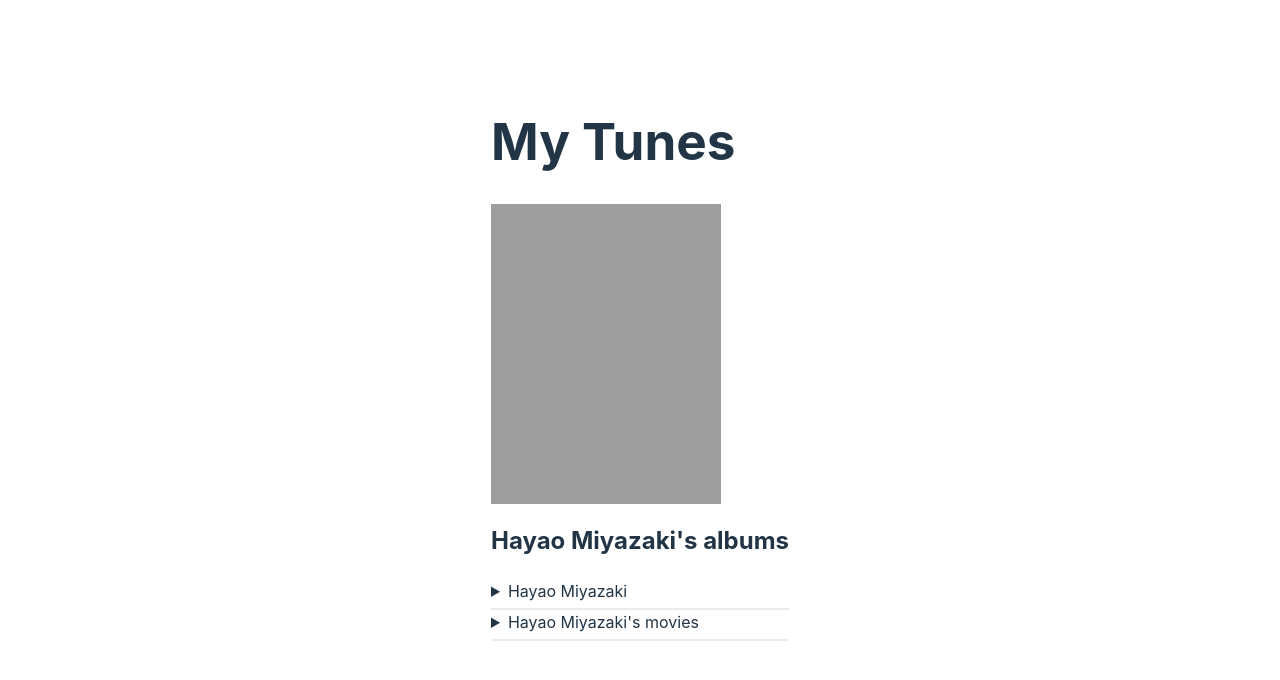
Repository: SamanthaYan298/my_app
Page: /
The author's editor kept a copy of each file at every save. The page is drawn from the files as they stood at one save, then again after the next save.
The browser window is 1280 px wide. The pictures show the whole page.
Pictures or frames that could not be fetched are drawn as grey boxes. The project was rebuilt for these pictures with package versions that can differ from the ones it lists, and the page was loaded fresh each time. Also part of the build but not shown: vite.config.js.

Above is the page before, as saved 2024-09-13 13:19:34.

After the next save:
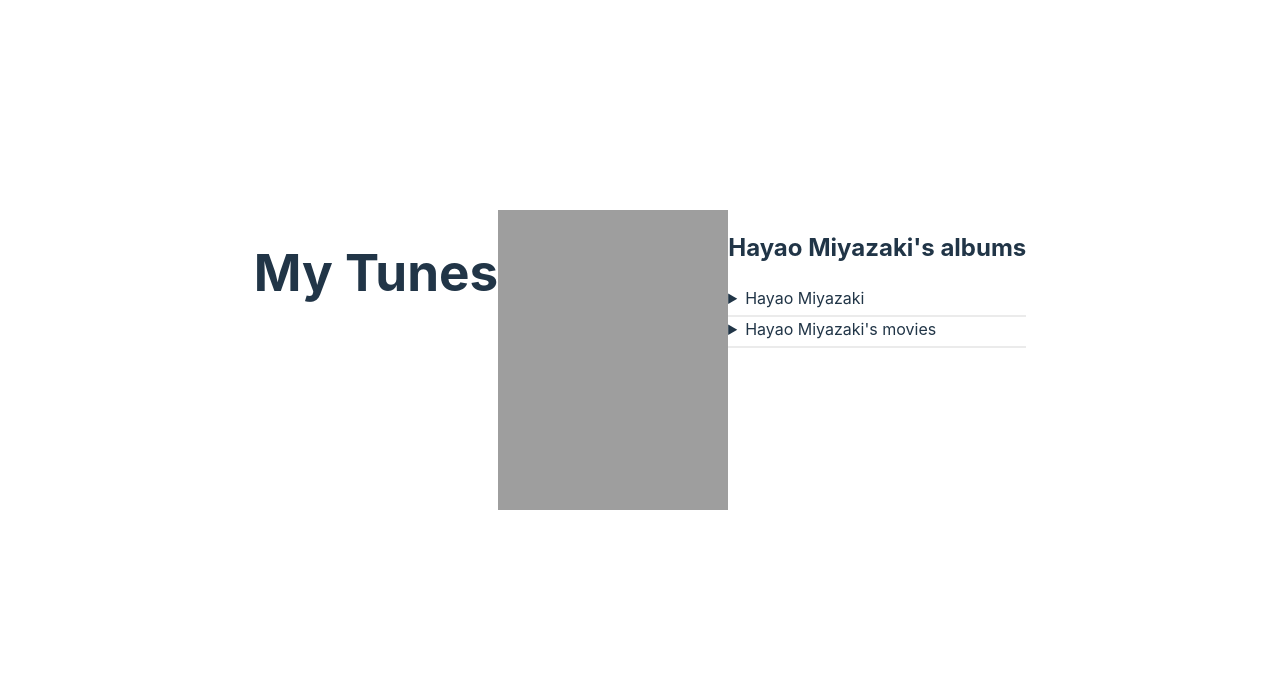
Saved 12 s later.
--- a/src/App.css
+++ b/src/App.css
@@ -4,7 +4,8 @@
   text-align: left;
 }
 
-.photo {
+.photo,
+.all {
   display: flex;
   flex-direction: row;
 }
